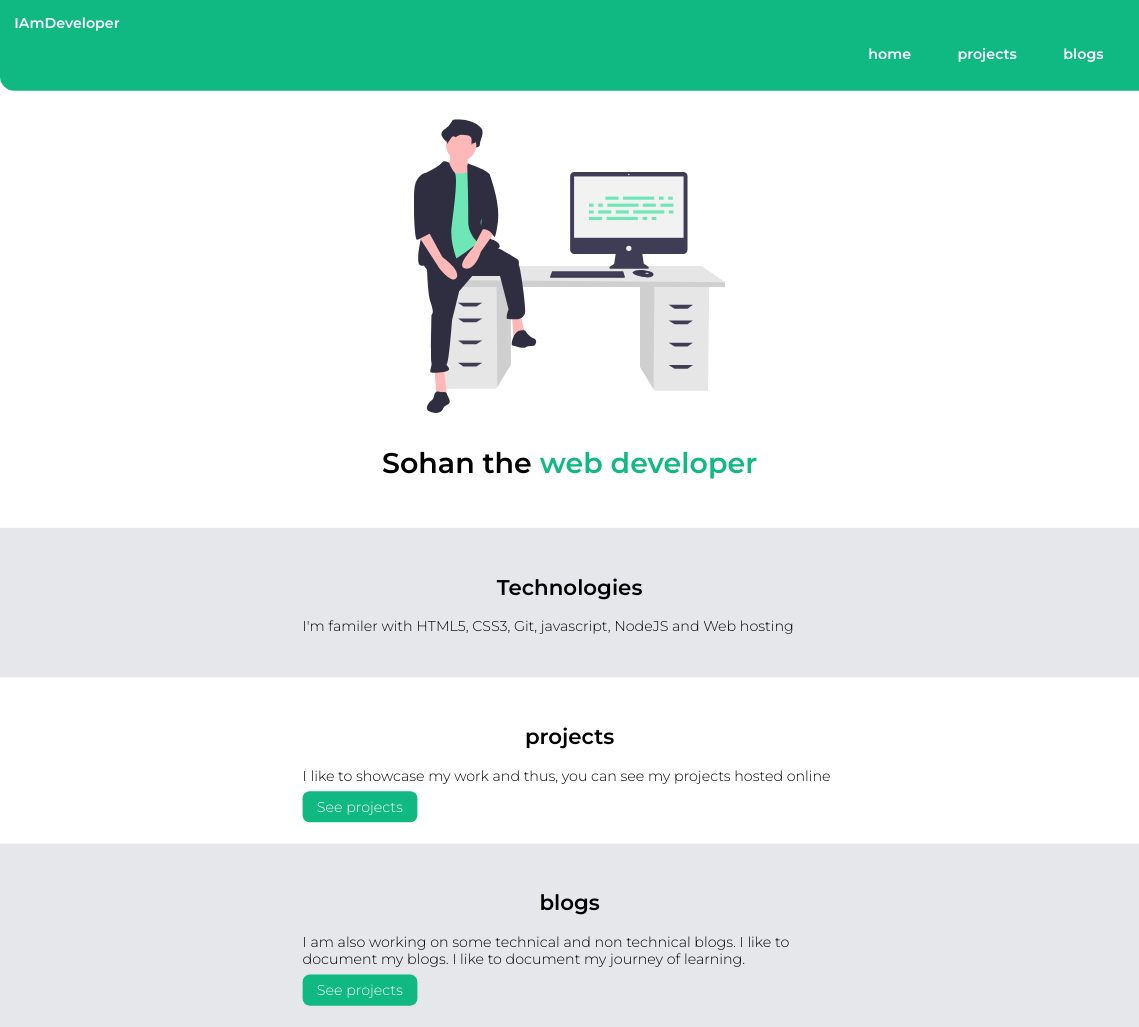
Repository: sohan2503001/Portfolio
Page: index.html
These files come from the project's save history. The page is drawn as it stood at one moment and after the next save; the edit follows.
The browser window is 1280 px wide. The pictures show the whole page, at 89% of full size.

Above is the page before, as saved 2021-03-27 19:04:40.

After the next save:
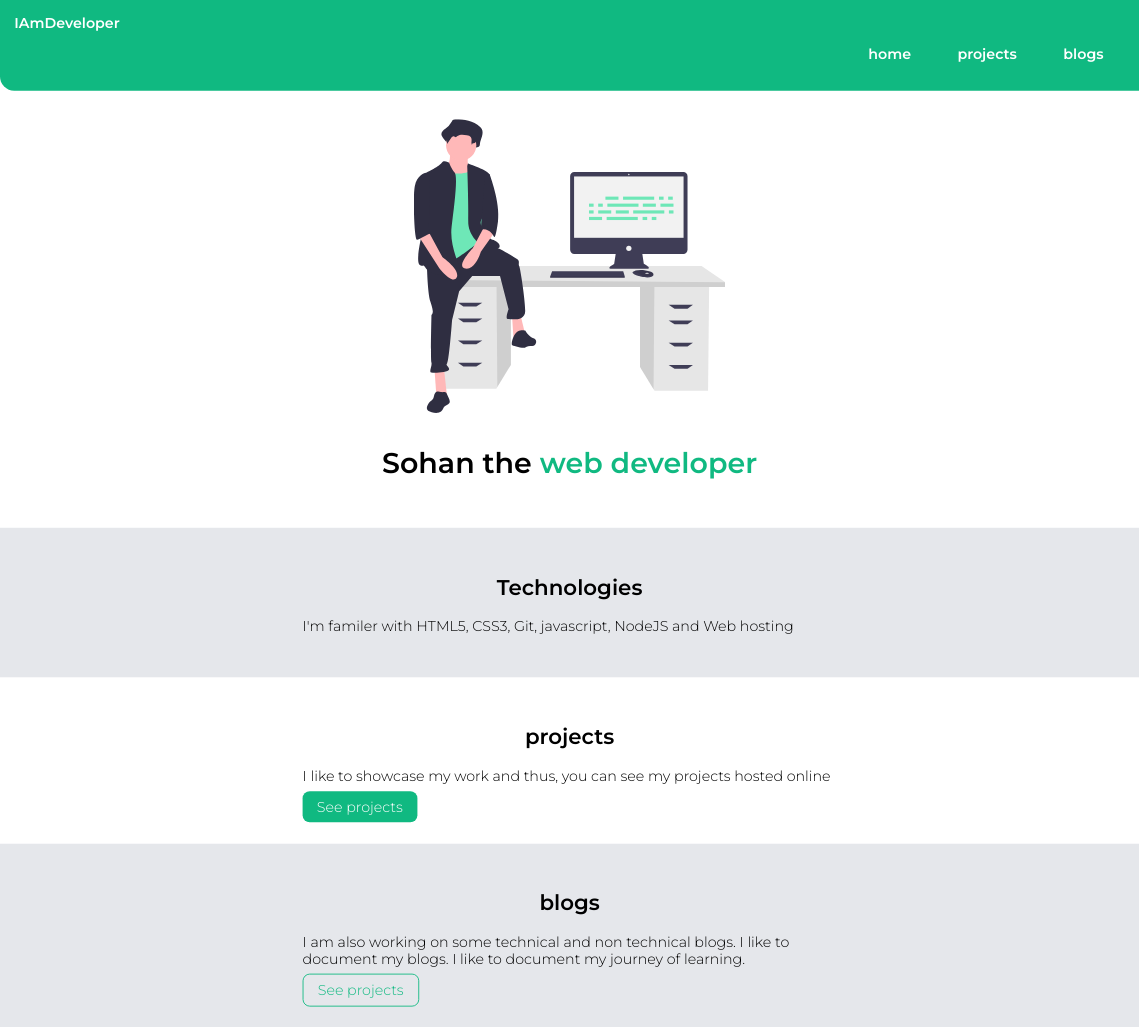
Saved 6 s later.
--- a/index.html
+++ b/index.html
@@ -56,7 +56,7 @@
           I am also working on some technical and non technical blogs. I like to
           document my blogs. I like to document my journey of learning.
         </p>
-        <a class="link link-primary" href="/">See projects</a>
+        <a class="link link-secondary" href="/">See projects</a>
       </div>
     </section>
   </body>
